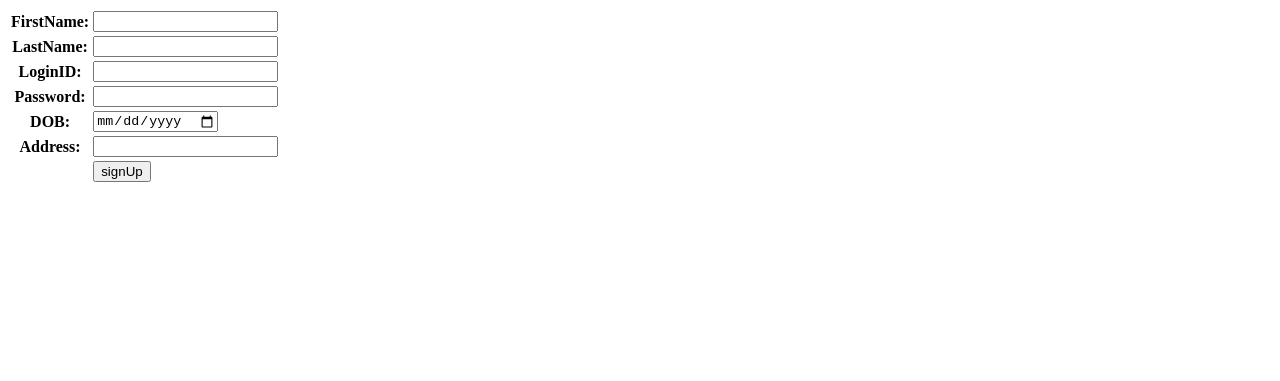
Repository: Suraj141203/DynamicWebProject
Page: http://localhost/advance-java-web/UserRegistrationView.jsp
These files come from the project's save history. The page is drawn as it stood at one moment and after the next save; the edit follows.
The browser window is 1280 px wide. The pictures show the whole page.
The page is served by Tomcat 9.

Above is the page before, as saved 2024-08-05 12:17:09.

After the next save:
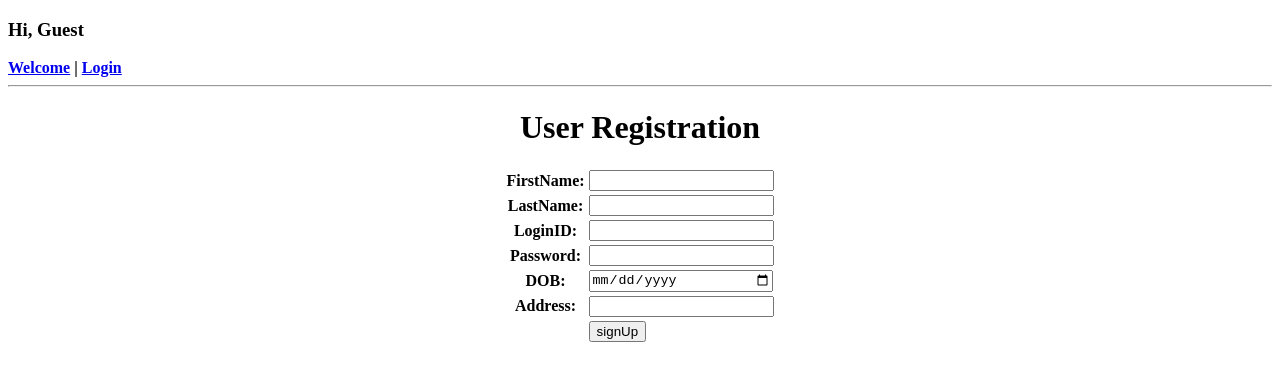
Saved 7 min 4 s later.
--- a/Dynamic Web Project/advance-java-web/WebContent/UserRegistrationView.jsp
+++ b/Dynamic Web Project/advance-java-web/WebContent/UserRegistrationView.jsp
@@ -7,47 +7,53 @@
 <title>Insert title here</title>
 </head>
 <body>
+	<%@ include file="Header.jsp"%>
 	<form action="UserRegistrationCtl" method="post">
-		<%
-			String msg = (String) request.getAttribute("msg");
-		%>
-		<table>
+		<div align="center">
+			<h1>User Registration</h1>
+			<%
+				String msg = (String) request.getAttribute("msg");
+			%>
 			<%
 				if (msg != null) {
 			%>
-			<%=msg%>
+			<h3>
+				<font color="red"><%=msg%></font>
+			</h3>
 			<%
 				}
 			%>
-			<tr>
-				<th>FirstName:</th>
-				<td><input type="text" name="firstName"></td>
-			</tr>
-			<tr>
-				<th>LastName:</th>
-				<td><input type="text" name="lastName"></td>
-			</tr>
-			<tr>
-				<th>LoginID:</th>
-				<td><input type="text" name="loginId"></td>
-			</tr>
-			<tr>
-				<th>Password:</th>
-				<td><input type="text" name="password"></td>
-			</tr>
-			<tr>
-				<th>DOB:</th>
-				<td><input type="date" name="dob"></td>
-			</tr>
-			<tr>
-				<th>Address:</th>
-				<td><input type="text" name="address"></td>
-			</tr>
-			<tr>
-				<td></td>
-				<td><input type="submit" value="signUp"></td>
-			</tr>
-		</table>
+			<table>
+				<tr>
+					<th>FirstName:</th>
+					<td><input type="text" name="firstName"></td>
+				</tr>
+				<tr>
+					<th>LastName:</th>
+					<td><input type="text" name="lastName"></td>
+				</tr>
+				<tr>
+					<th>LoginID:</th>
+					<td><input type="text" name="loginId"></td>
+				</tr>
+				<tr>
+					<th>Password:</th>
+					<td><input type="text" name="password"></td>
+				</tr>
+				<tr>
+					<th>DOB:</th>
+					<td><input type="date" name="dob" style="width: 97%"></td>
+				</tr>
+				<tr>
+					<th>Address:</th>
+					<td><input type="text" name="address"></td>
+				</tr>
+				<tr>
+					<td></td>
+					<td><input type="submit" value="signUp"></td>
+				</tr>
+			</table>
+		</div>
 	</form>
 </body>
 </html>
